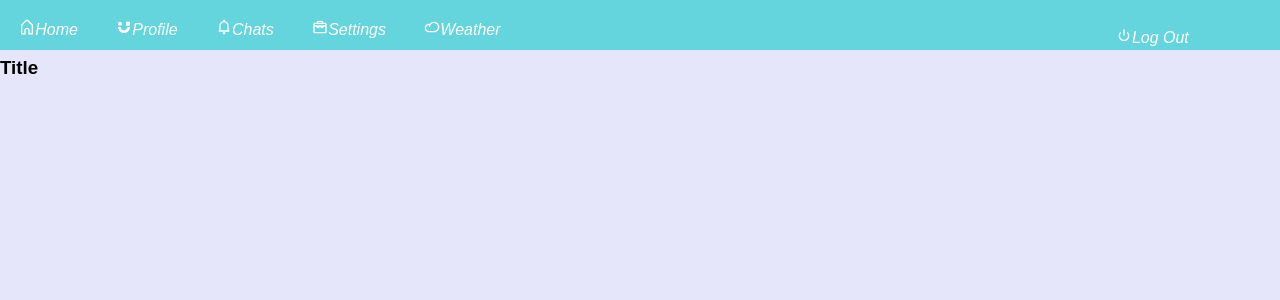
Repository: deriksadiki/react-routes-v6
Page: /weather
An editor plug-in stored every save of this project. The page is shown before and after a run of saves, followed by the edit.
The browser window is 1280 px wide. The pictures show the whole page.
The project was rebuilt for these pictures with package versions that can differ from the ones it lists, and the page was loaded fresh each time. Also part of the build but not shown: src/Components/topbar/OfflineNav.js, src/App.css, src/Components/Home/Home.js, src/Components/Login/Login.js, src/Components/Profile/Profile.js, src/Components/SIgnup/SIgnup.js, src/Auth/Routes.js.

Above is the page before, as saved 2021-11-19 19:25:15.

### src/App.js
import Topbar from './Components/topbar/Topbar';
import './App.css';
import AuthRoutes from './Auth/Routes';


//functional programing
function App() {
  return (

    <Topbar/>
  );
}

export default App;

### src/Components/topbar/Topbar.js

import "./topbar.css";
import Navigation from "./Navigation";
import MobileTopBar from './MobileTopBar';
export default function Topbar(){

    return(
      <nav className='Topbar'>
           <Navigation/>,
           <MobileTopBar/>
      </nav>
    );
}

### src/Components/topbar/topbar.css
/*Mobile*/

@media (max-width: 900px) {
  .Navigation{
    display: none;
  }
  .MobileTopBar{
    display: flex;
    background: rgb(100,212,221);
    align-items: center;
    width: 100%;
    height: 60px;
    position: fixed;
    top: 0;
    left: 0;
    border-bottom: white 1px ridge;
  }
  .MobileTopBar .menubtn{
    position: absolute;
    right: 5%;
    padding: 8px;
    cursor: pointer;
    font-size: 1.5rem;
  }
  .MobileTopBar .closebtn{
    position: absolute;
    right: 5%;
    padding: 8px;
    cursor: pointer;
    font-size: 1.5rem;
  }
  .MobileTopBar .fa-bars:hover{
    color: blueviolet;
    background: white;
  }
  .MobileTopBar span i{
    color: rgb(255, 254, 254);
    font-size: 1rem;
    padding: 10px;
  }
  .MobileTopBar span h4{
    color: antiquewhite;
    font-size:1rem
  }
  .MobileTopBar .linksContainer {
    display: flex;
    flex-direction: column;
    top: 60px;
    position: absolute;
    left: 0;
    padding: 8px;
    background: #181818;
    width: 100%;
  }
}
/*Computer screen*/
.Navigation{
  width: 100%;
  background: rgb(100,212,221);
  height: 50px;
  top: 0;
  position: fixed;
  left: 0;
}
/*Break none*/
.Navigation .linksContainer br{
  display: none;
}
/*Icons*/
.Navigation span i{
  display: inline-block;
  margin: 1.5vw;
  color: white;
  font-size: 1rem;
}
.Navigation span i:hover{
  border-bottom: 2px solid rgb(255, 255, 255);
  color:black;
  }

/*Sign out button*/
.Navigation .linksContainer .signout{
  position: absolute;
  right: 5%;
  padding: 8px;
  font-size: 1rem;
}

### src/Components/topbar/Navigation.js
import "./topbar.css";

import NavLinks from "./NavbarLinks";
export default function Navigation(){

    return(
        <nav className='Navigation'>
        <NavLinks/>
        </nav>
        )}

### src/Components/topbar/MobileTopBar.js
import "./topbar.css";
import { useState } from "react";
//Icons
import {CgMenuRound} from "react-icons/cg";
import {CgClose} from "react-icons/cg";
import NavLinks from "./NavbarLinks";

export default function MobileTopBar(){

//Toggle close and open Nav For mobile
const [open, setOpen] = useState(false);
const openMenu = <CgMenuRound className='menubtn' onClick={() => setOpen(!open)}/>
const closeMenu = <CgClose className="closebtn" onClick={() => setOpen(!open)}/>
const closeMobileMenu = () => setOpen(false);

    return(
        <nav className='MobileTopBar'>
        {open ? closeMenu: openMenu}
        { open && <NavLinks isMobile={true} closeMobileMenu={closeMobileMenu}/>}
        <div className="titleContent"><h3>Title</h3></div>
        </nav>
 )}

### src/Components/topbar/NavbarLinks.js
import RouteLinks from "./RouteLinks";
import OfflineNav from "./OfflineNav";
import { BrowserRouter as Router, Route, Routes } from 'react-router-dom'
import React, { useState } from 'react'


const NavbarLinks = () =>{
    const [loginState, setLoginState] = useState(true)

        return(
            <Router>
                {
                    loginState ?
                    <Routes>
                    <Route exact path="*" element={<RouteLinks/>}/>
                </Routes>
                :
                    <Routes>
                        <Route exact path="*" element={<OfflineNav/>}/>

                    </Routes>
    }
            </Router>
        )
    }

    export default NavbarLinks;

### src/Components/Home/home.css
body{
    font-family: 'Nunito', sans-serif;
  }
  .page {
      height: 140px;
      background: rgba(0, 204, 204, 0.651);
      position:inherit;
      margin-bottom: 30px;
   }
  .page .fa-search{
    font-size: 1.5rem;
    margin: 5px;
    cursor: pointer;
      position: absolute;
      top: 90px;
      right: 10px;

  }
  #friends{
    height: 270px;
    position:inherit;
    border-bottom:purple ridge 1px;
    margin: 0 auto;
    max-width: 800px;
    padding: 0 20px;
  }
  #friends h3{
  margin: 4px;
  }
  #friends ul li{
    list-style: none;
    font-size: 15px;
    margin: 5px;
    padding: 5px;
    cursor: pointer;
  }
  #friends .fa-user-circle{
    margin: 5px;
    font-size: 1.5rem;
  }
  .page .fa-search:hover{
  color: white;
  }
  .page input{
     background:purple;
     padding: 5px;
     margin: 5px;
     color: white;
     width: 80%;

  }
  .page input::placeholder{
    color:white ;
  }
  .page h1{
    color: rgb(255, 255, 255);
    margin: 5px;
  }
   body {
     background-color: lavender;
   }

   @media screen and (min-width: 400px) {
     body {
       background-color: lavender   }
   }

   @media screen and (min-width: 800px) {
     body {
       background-color: lavender;
     }
   }

### src/Components/topbar/RouteLinks.js
import React from 'react'
import '../topbar/topbar.css'
import {NavLink} from 'react-router-dom'
import {CgCloud, CgHome} from "react-icons/cg";
import {CgUserlane} from "react-icons/cg";
import {CgBell} from "react-icons/cg";
import {CgToolbox} from "react-icons/cg";
import {CgLogOff} from "react-icons/cg";
function RouteLinks(props) {
    return (
        <div>
            <div className="linksContainer">

                    <NavLink to="/home" activeStyle={{color: 'black'}} exact onClick={() => props.isMobile && props.closeMobileMenu()}><span><i><CgHome/>Home</i></span>
                    </NavLink>
                    <br></br>
                    <NavLink to="/profile" activeStyle={{color: 'black'}} onClick={() => props.isMobile && props.closeMobileMenu()} ><span><i ><CgUserlane/>Profile</i></span>
                    </NavLink>
                    <br></br>
                    <NavLink to="/chat" activeStyle={{color: 'black'}} onClick={() => props.isMobile && props.closeMobileMenu()} ><span><i><CgBell/>Chats</i></span>
                    </NavLink>
                    <br></br>
                    <NavLink to="/messages" activeStyle={{color: 'black'}} onClick={() => props.isMobile && props.closeMobileMenu()} ><span><i><CgToolbox />Settings</i></span>
                    </NavLink>
                    <br></br>
                    <NavLink to="/weather" activeStyle={{color: 'black'}} onClick={() => props.isMobile && props.closeMobileMenu()} ><span><i><CgCloud />Weather</i></span>
                    </NavLink>
                    <br></br>
                    <NavLink  activeStyle={{color: 'black'}} onClick={() => props.isMobile && props.closeMobileMenu()} ><span className="signout"><i><CgLogOff />Log Out</i></span>
                    </NavLink>
                    </div>
        </div>
    )
}

export default RouteLinks

Loaded but not shown: public/index.html (common file); src/index.js (common file); src/index.css (common file)

After the next 2 saves:
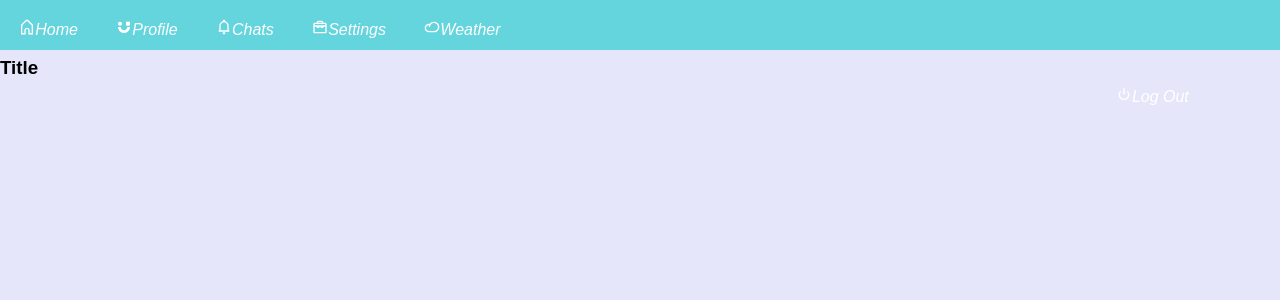
The 2 saves are shown as one change because 1 did not build or start.
The last was saved 15 s later.
--- a/src/Components/topbar/RouteLinks.js
+++ b/src/Components/topbar/RouteLinks.js
@@ -26,8 +26,8 @@
                     <NavLink to="/weather" activeStyle={{color: 'black'}} onClick={() => props.isMobile && props.closeMobileMenu()} ><span><i><CgCloud />Weather</i></span>
                     </NavLink>
                     <br></br>
-                    <NavLink  activeStyle={{color: 'black'}} onClick={() => props.isMobile && props.closeMobileMenu()} ><span className="signout"><i><CgLogOff />Log Out</i></span>
-                    </NavLink>
+                    <div activeStyle={{color: 'black'}} onClick={() => props.isMobile && props.closeMobileMenu()} ><span className="signout"><i><CgLogOff />Log Out</i></span>
+                    </div>
                     </div>
         </div>
     )

After the save that followed:
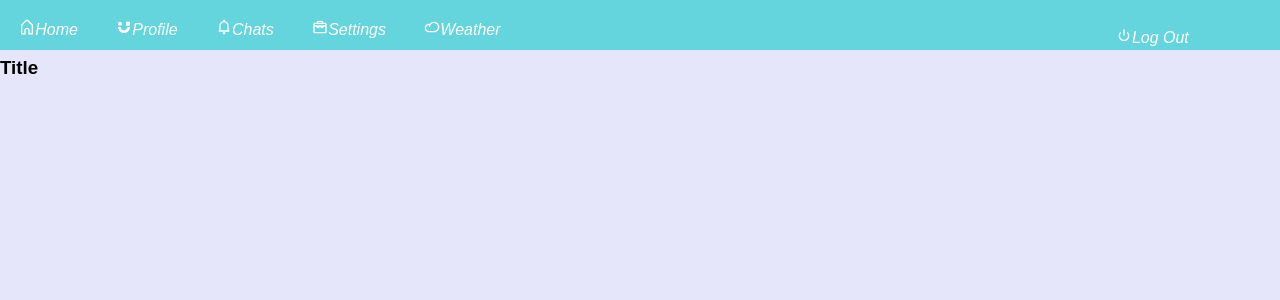
Saved 51 s later.
--- a/src/Components/topbar/RouteLinks.js
+++ b/src/Components/topbar/RouteLinks.js
@@ -26,8 +26,8 @@
                     <NavLink to="/weather" activeStyle={{color: 'black'}} onClick={() => props.isMobile && props.closeMobileMenu()} ><span><i><CgCloud />Weather</i></span>
                     </NavLink>
                     <br></br>
-                    <div activeStyle={{color: 'black'}} onClick={() => props.isMobile && props.closeMobileMenu()} ><span className="signout"><i><CgLogOff />Log Out</i></span>
-                    </div>
+                    <NavLink  activeStyle={{color: 'black'}} onClick={() => props.isMobile && props.closeMobileMenu()} ><span className="signout"><i><CgLogOff />Log Out</i></span>
+                    </NavLink>
                     </div>
         </div>
     )
